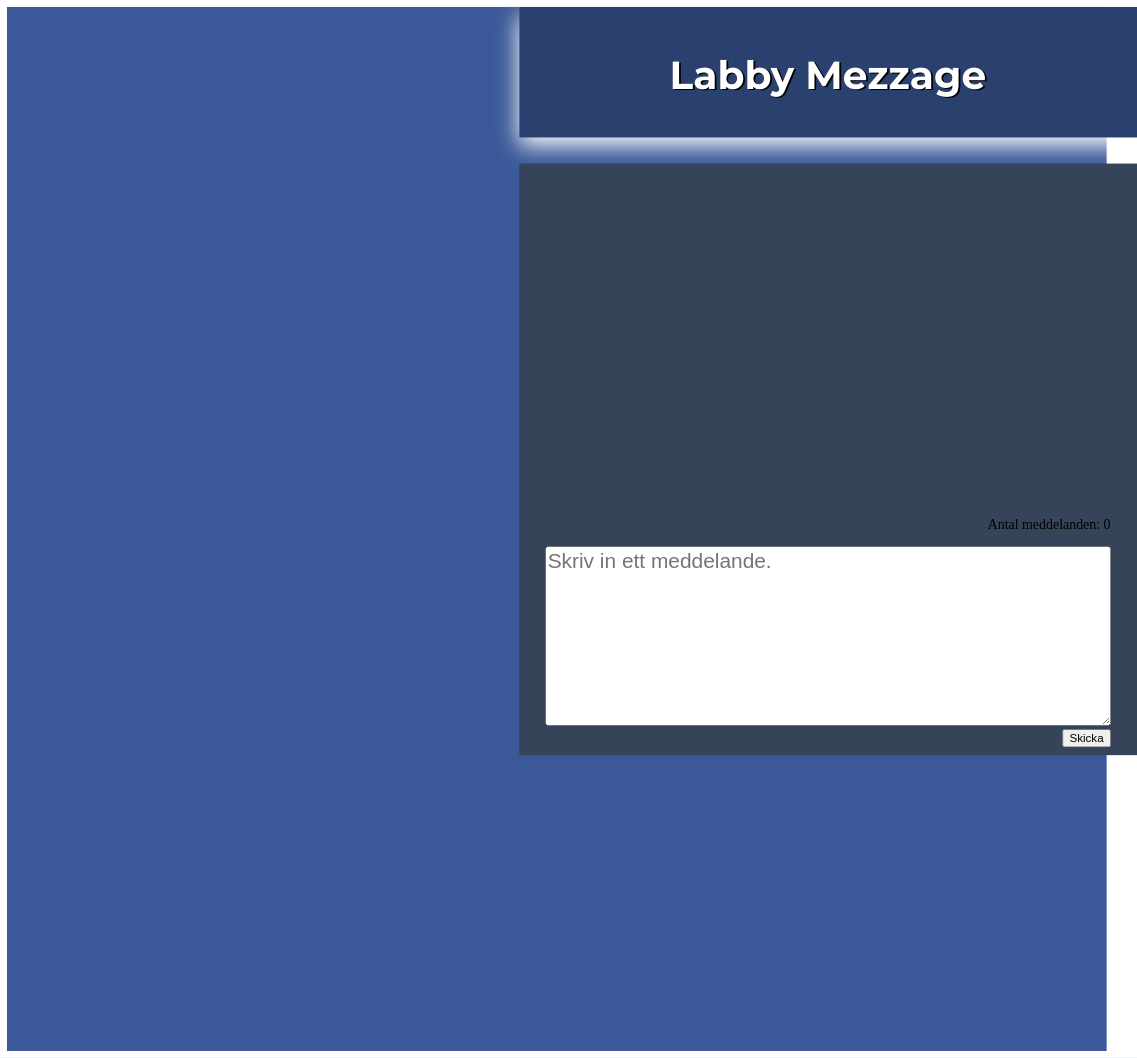
Repository: lw222gz/1dv403-laborationer-lw222gz
Page: 2-labbymezzage/index.html
The author's editor kept a record of every edit. The page is drawn from the files as they stood at one moment, then again after the next edit.
The browser window is 1280 px wide. The page is 1307 px wide, so the pictures cover 1307 px, including what lies to the right of the window. The pictures show the whole page, at 87% of full size.

Above is the page before.

### 2-labbymezzage/index.html
<!doctype html>
<html lang="sv">
    <head>
        <meta charset="utf-8" />
        <link rel="stylesheet" href="style.css" />
        <link href='//fonts.googleapis.com/css?family=Montserrat:700' rel='stylesheet' type='text/css'>
    </head>
<body>
<div id="container">
        <header>
            <b>Labby Mezzage</b>
        </header>

        <main>
            <div id="text"></div>
            <p id="AmountofMessages" class="floatRight">Antal meddelanden: 0</p>
            <textarea type="textarea" placeholder="Skriv in ett meddelande." id="textInput" name="text" rows="6" cols="52"></textarea>
            <input class="floatRight" id="send" type="submit" value="Skicka" />

        </main>

</div>
    <script src="message.js"></script>
    <script src="LabbyMessage.js"></script>
</body>
</html>

### 2-labbymezzage/style.css
#container
    {
    min-height:1200px;
    height:auto;
    width:auto;
    background-color:#3B5998;
    margin:0 auto;
    }

header
    {
        box-shadow:0 10px 25px;
        -webkit-box-shadow:0 10px 25px;
        -moz-box-shadow:0 10px 25px;
        color:white;
        text-shadow:2px 2px black;
        -webkit-text-shadow:2px 2px black;
        -moz-text-shadow:2px 2px black;
        font-family: 'Montserrat', sans-serif;
        font-size:45px;
        padding-top:50px;
        height:100px;
        position:relative;
        left:588.5px;
        background-color:#2A406F;
        width:710px;
        text-align:center;
    }

main
    {
        padding:30px;
        position:relative;
        left:588.5px;
        margin-top:30px;
        background-color:#354458;
        height:auto;
        width:650px;
    }

textarea {
    width:644px;
    height:200px;

    font-size:24px;
    font-family:arial;
}

.MessageTime{
    margin-right:3px;
    position:absolute;
    bottom:0px;
    right:0px;
    font-size:12px;
    color:#2A406F;
}


.floatRight{
    float:right;
}



.DeletePicture
{
    width:24px;
    height:24px;
    position:absolute;
    top:5px;
    right:0;
}

.ClockPicture
{
    width:24px;
    height:24px;
    position:absolute;
    top:5px;
    right:30px;
}

#text
{
    overflow:scroll;
    height:360px;
    max-height:360px;

}

.text
{
    padding-right:70px;
    padding-left:5px;
    font-family:verdana;
    font-size:26px;
    border:1px solid black;
    background-color:#4F69A2;
    width:auto;
    height:auto;
    min-height:50px;
    position:relative;
    word-break:break-all;
}

### 2-labbymezzage/message.js
"use strict";

function Message(message, date){

   this.getText = function() {
       return message;
   }
   this.setText = function(_text) {
       message = _text;
   }

   this.getDate = function() {
       return date;
   }

   this.setDate = function(_date) {
       date = _date;
   }

   Message.prototype.toString = function() {
       return this.getText()+" ("+this.getDate()+")";
   }

   Message.prototype.getHTMLText = function() {
       return this.getText().replace(/[\n\r]/g, "<br/>");
   }

   Message.prototype.getDateText = function() {

       var Hour = this.getDate().getHours();
       var Minutes = this.getDate().getMinutes();
       var Seconds = this.getDate().getSeconds();
       if (Minutes < 10)
       {
            Minutes = "0"+Minutes;
       }
       if (Seconds < 10)
       {
          Seconds = "0"+Seconds;
       }

       return +Hour+":"+Minutes+":"+Seconds;
   }


}

### 2-labbymezzage/LabbyMessage.js
"use strict";


window.onload = function(){

    var messages = [];



    var j = 0;
    var i = 0;
    var myObj = {};

    var submit = document.querySelector("#send");
    var text = document.getElementById("textInput");
    var div = document.getElementById("text");
    var Enter = document.getElementById("textInput")







    submit.addEventListener("click", function(e){
                                                                            // http://stackoverflow.com/questions/11921210/how-exactly-does-event-preventdefault-affect-the-dom vad e.preventdefault gör.
        if (text.value === "")
        {
            e.preventdefault()
        }
        else
        {
        myObj = new Message(text.value, new Date());
        messages.push(myObj);

        renderMessage(messages.length-1);

        }
        });

    Enter.addEventListener("keydown", function(e){ //funkar ej
        if(e.keyCode === 13 && !e.shiftKey && text.value !== "")
        {
            myObj = new Message(text.value, new Date())
            messages.push(myObj);

            renderMessage(messages.length-1)

        }
    }
    )


    var renderMessage = function(index){
        ++j;
        document.getElementById("AmountofMessages").innerHTML = "Antal meddelanden: "+j;

        var text = document.createElement("p");
        text.className = "text";

        var img = document.createElement("img");
        var clockimg = document.createElement("img");




        img.className = "DeletePicture";
        img.src = "DeleteRed.png";

        clockimg.className = "ClockPicture";
        clockimg.src = "Clock.png";

        img.addEventListener("click", function(e){
            if (confirm("Radera detta meddelande?"))
            {
                --j;
                Remove(index);
                text.parentNode.removeChild(text);
                document.getElementById("AmountofMessages").innerHTML = "Antal meddelanden: "+j;
            }
        }
        )

        clockimg.addEventListener("click", function(e) {
                var year = messages[index].getDate().getFullYear();
                var month = messages[index].getDate().getMonth();
                var day = messages[index].getDate().getDate();
                var Hour = messages[index].getDate().getHours();
                var Minutes = messages[index].getDate().getMinutes();
                var Seconds = messages[index].getDate().getSeconds();
                if (Minutes < 10)
                {
                    Minutes = "0"+Minutes;
                }
            alert("Inlägget skapades den "+day+"/"+month+" år "+year+ " klockan " +Hour+":"+Minutes+":"+Seconds)
        })

        var TimeShow = document.createElement("div");
        TimeShow.className ="MessageTime";
        TimeShow.innerHTML = messages[index].getDateText();

        text.innerHTML = messages[index].getHTMLText();
        div.appendChild(text);
        text.appendChild(img);
        text.appendChild(clockimg);
        text.appendChild(TimeShow);


    }


    var renderMessages = function() {
        //tar bort all text
        document.getElementById("#text").innerHTML = "";

        // sätter dit alla igen.
        for (i; i < messages.length; i += 1)
        {
            renderMessage(i);
        }

    }
    var Remove = function(id)
    {
        messages.splice(id, 1);
    }

    var RemoveText = function(){
        document.getElementById("textInput").value="";
    }
}

After the next edit:
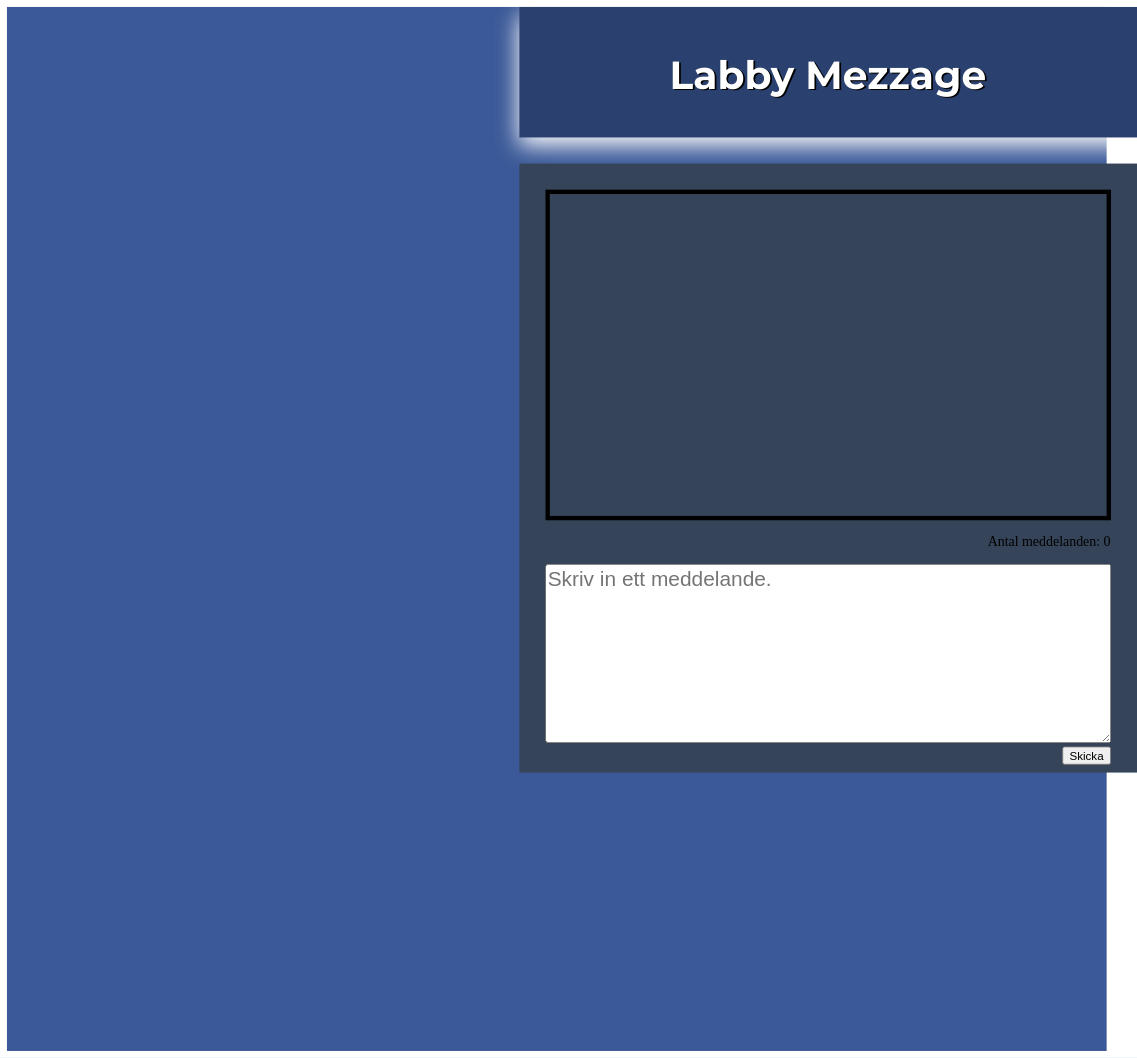
The edit:
--- a/2-labbymezzage/style.css
+++ b/2-labbymezzage/style.css
@@ -82,7 +82,9 @@
 
 #text
 {
-    overflow:scroll;
+    border:5px solid black;
+    padding:5px;
+    overflow-y:scroll;
     height:360px;
     max-height:360px;
 
